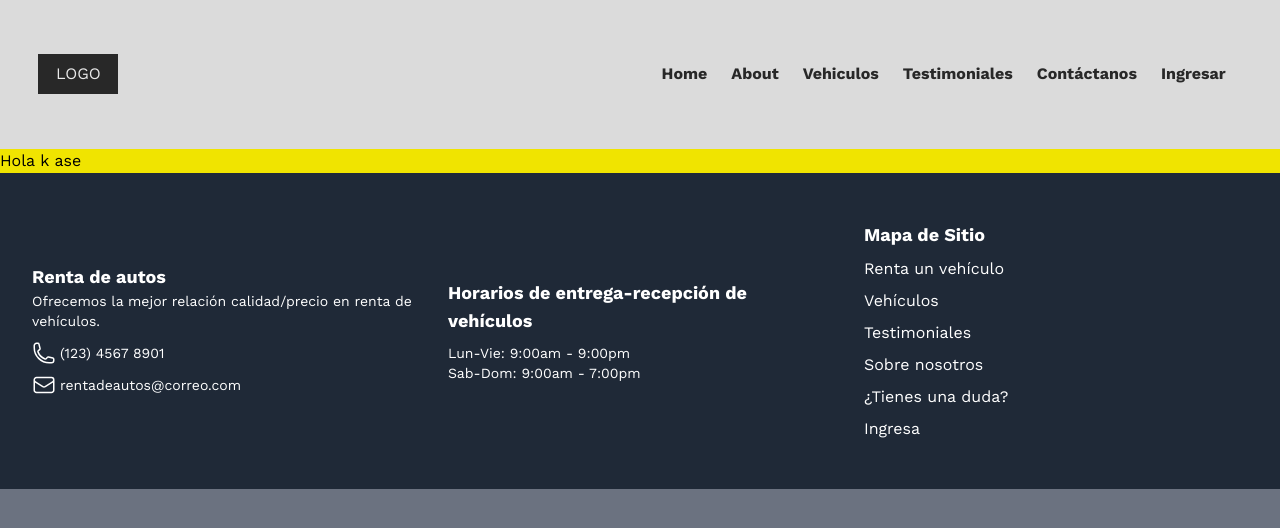
Repository: aldovelacasas/PF_RentCar2
Page: /
These files come from the project's save history. The page is drawn as it stood at one moment and after the next save; the edit follows.
The browser window is 1280 px wide. The pictures show the whole page.
The project was rebuilt for these pictures with package versions that can differ from the ones it lists, and the page was loaded fresh each time. The framework's server and built-in components were replaced by stand-ins that run in the browser. Also part of the build but not shown: next.config.js.

Above is the page before, as saved 2023-08-30 09:45:46.

After the next save:
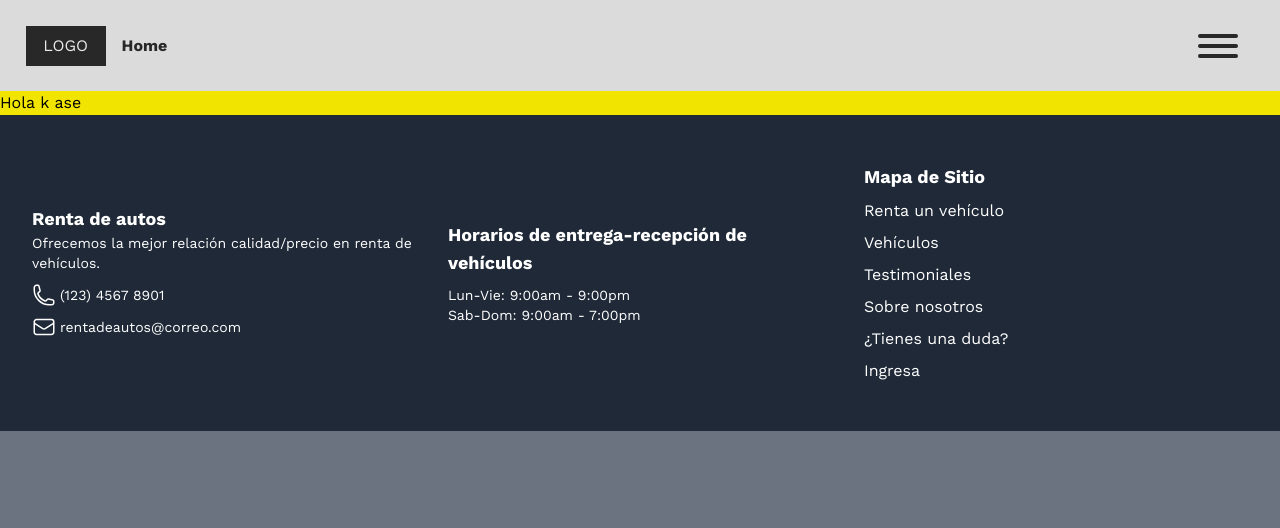
Saved 27 s later.
--- a/src/components/NavBar/nav.css
+++ b/src/components/NavBar/nav.css
@@ -103,7 +103,7 @@ nav {
 }
 
 @media screen and (min-width: 1100px) {
-  nav {
+  /* nav {
     padding: 3%;
   }
   .HomeMenu {
@@ -116,14 +116,14 @@ nav {
     display: none;
     font-size: 2rem;
   }
-  /* .logo {
+  .logo {
     background-color: #282828;
     color: #e9e9e9;
     width: 150px;
     text-align: center;
     padding: 1.5rem;
     font-size: 1.5rem;
-  } */
+  }
   .nav__menu-bar {
     display: none;
   }
@@ -150,5 +150,5 @@ nav {
 
   .nav__link:hover:before {
     width: 100%;
-  }
+  } */
 }
